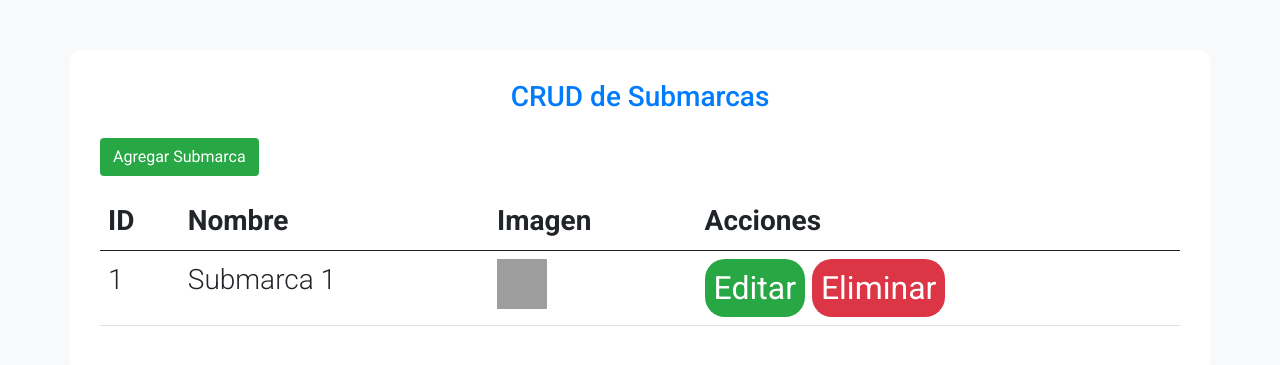
Repository: Yaqode/front-fama
Page: http://localhost/multimedia/Views/marcas.php
An editor plug-in stored every save of this project. The page is shown before and after the next save, followed by the edit.
The browser window is 1280 px wide. The pictures show the whole page.
Pictures or frames that could not be fetched are drawn as grey boxes. The page is run by PHP 8.4 with error messages shown; the project is at /var/www/html/.

Above is the page before, as saved 2023-12-06 21:19:09.

After the next save:
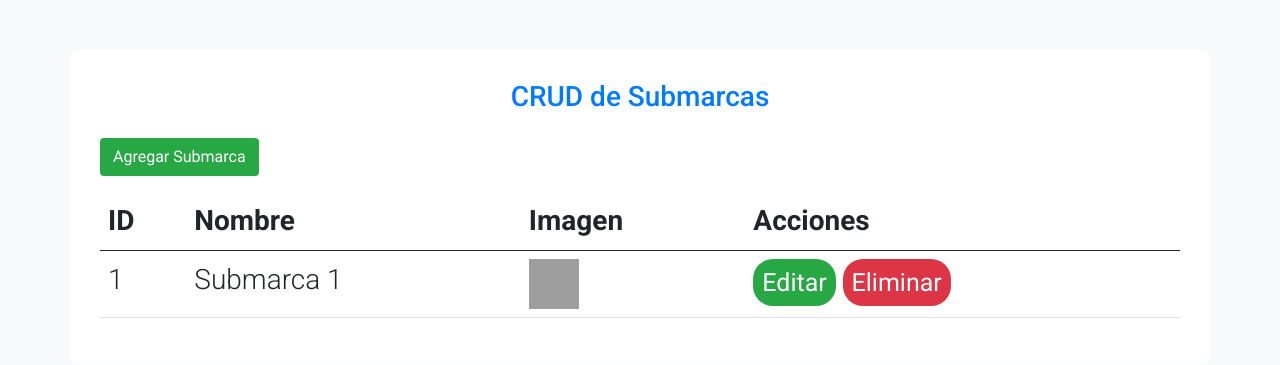
Saved 5 s later.
--- a/Views/marcas.php
+++ b/Views/marcas.php
@@ -44,7 +44,7 @@
             background-color: #28a745;
             color: #ffffff;
             border-radius: 20px;
-            font-size: 32px;
+            font-size: 25px;
         }
 
         .btn-eliminar {
